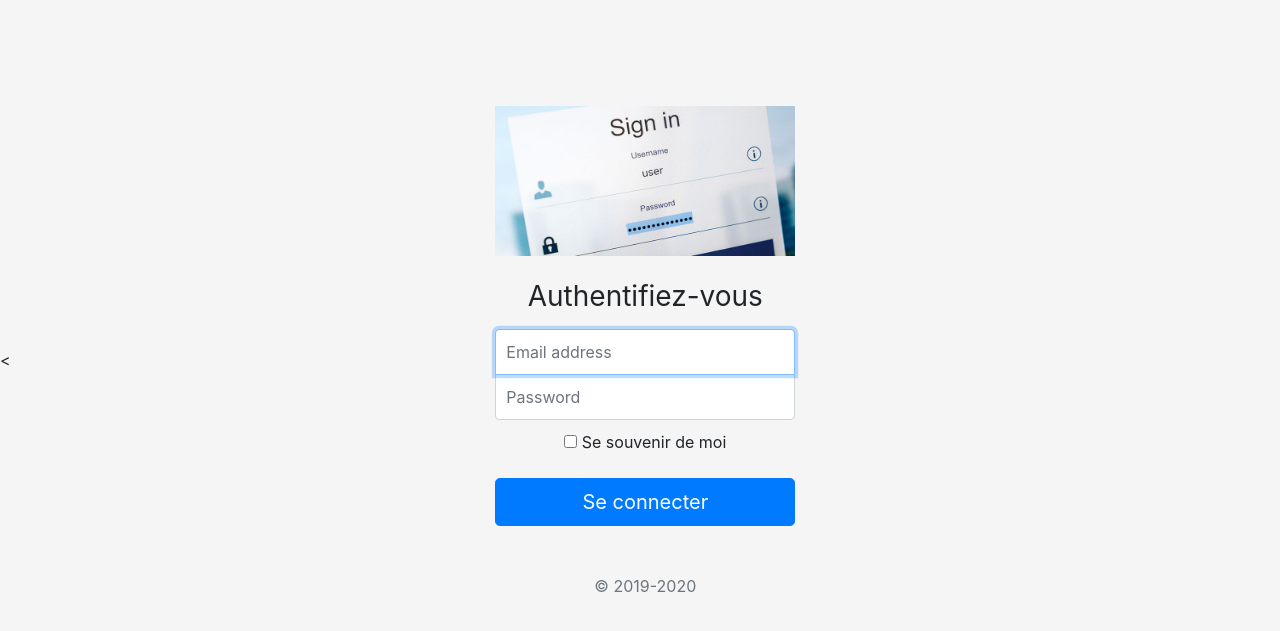
Repository: liiiseee/Projet
Page: http://localhost/01_gestion_clients_jsp_servlet_mysql/
The author's editor kept a copy of each file at every save. The page is drawn from the files as they stood at one save, then again after the next save.
The browser window is 1280 px wide. The pictures show the whole page.
The page is served by Tomcat 9.

Above is the page before, as saved 2020-03-27 09:26:34.

After the next save:
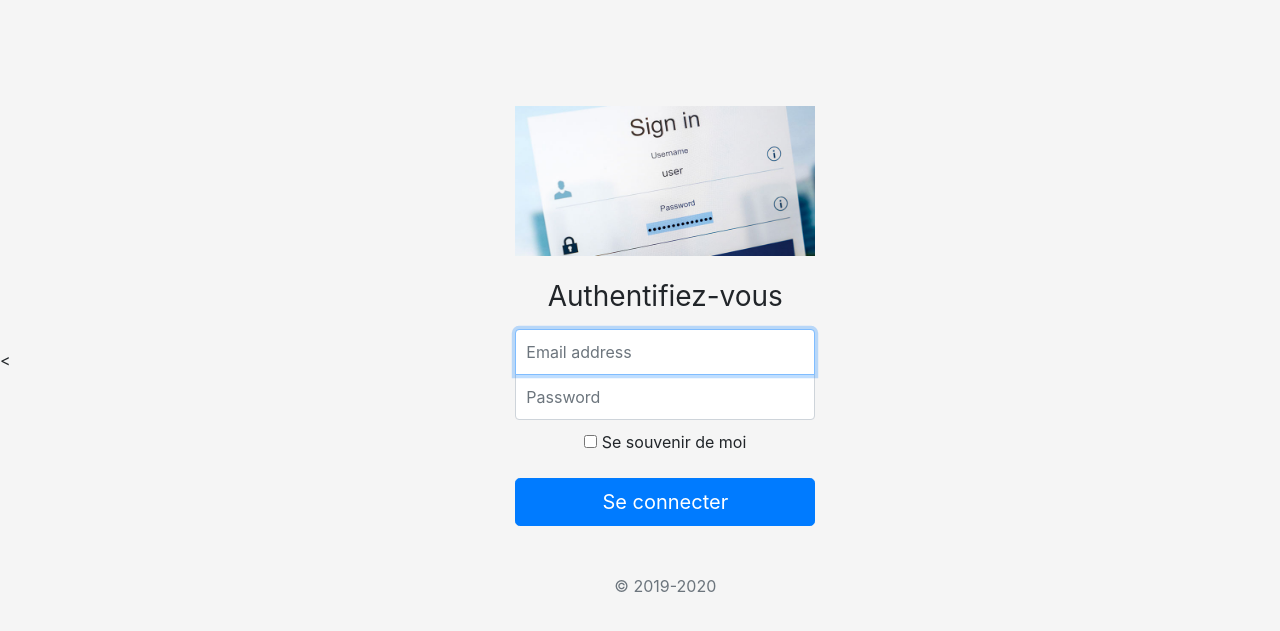
Saved 9 min 32 s later.
--- a/01_gestion_clients_jsp_servlet_mysql/WebContent/authentification.jsp
+++ b/01_gestion_clients_jsp_servlet_mysql/WebContent/authentification.jsp
@@ -43,6 +43,23 @@
   </head>
   <body class="text-center">
 
+  <%-- ============================================================================= --%>
+  <%-- ============affichage des mess d'erreurs ==================================== --%>
+  <%-- ============================================================================= --%>
+  <%--
+  		> affichage de la liste des messeges sauvegardés dans la requête avant délégation
+  			---> request.setAttribute("messages_erreurs", listeMessageErreurs);
+   --%>
+
+   <div>
+   		<ul>
+
+
+
+   		</ul>
+
+   </div>
+
   <!-- formulaire d'auth° -->
   <!--
   		> à la soumisssion du formulaire (click sur le bouton Se connecter) :
